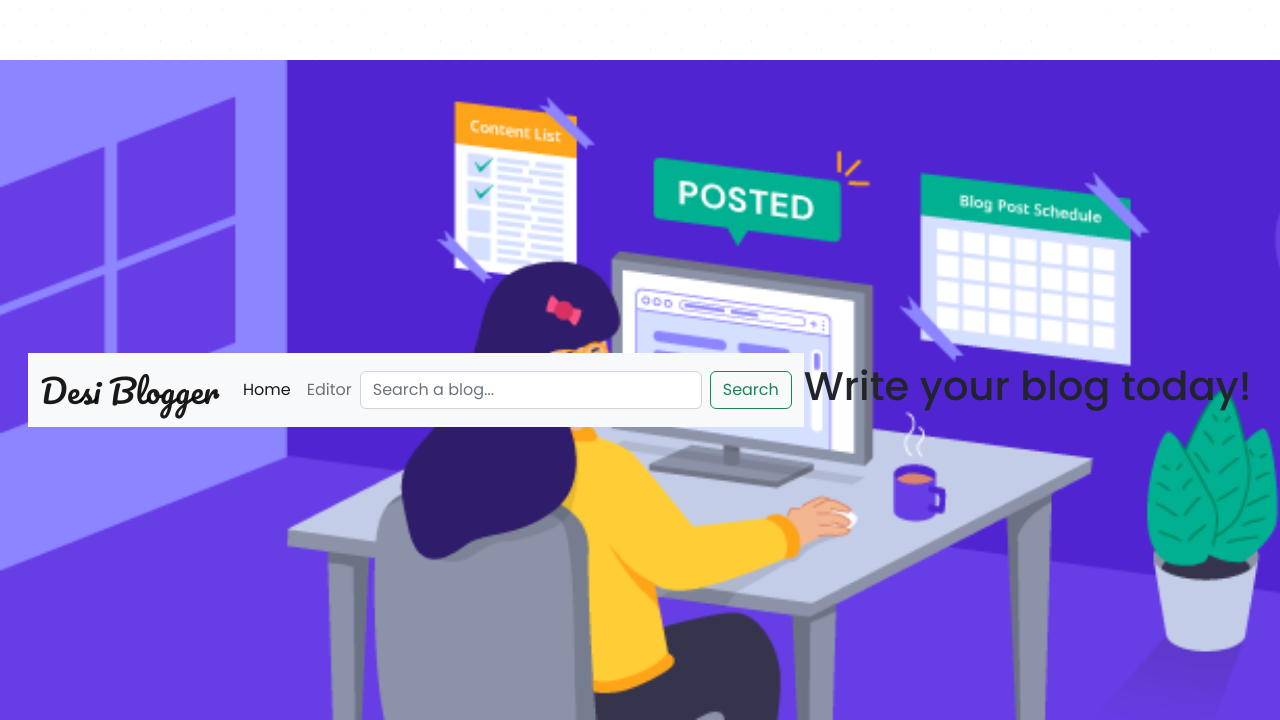
Repository: badhon252/Desi_Blogger
Page: public/home.html
An editor plug-in stored every save of this project. The page is shown before and after the next save, followed by the edit.
The browser window is 1280 px wide. The pictures show the whole page.

Above is the page before, as saved 2022-11-15 19:32:53.

After the next save:
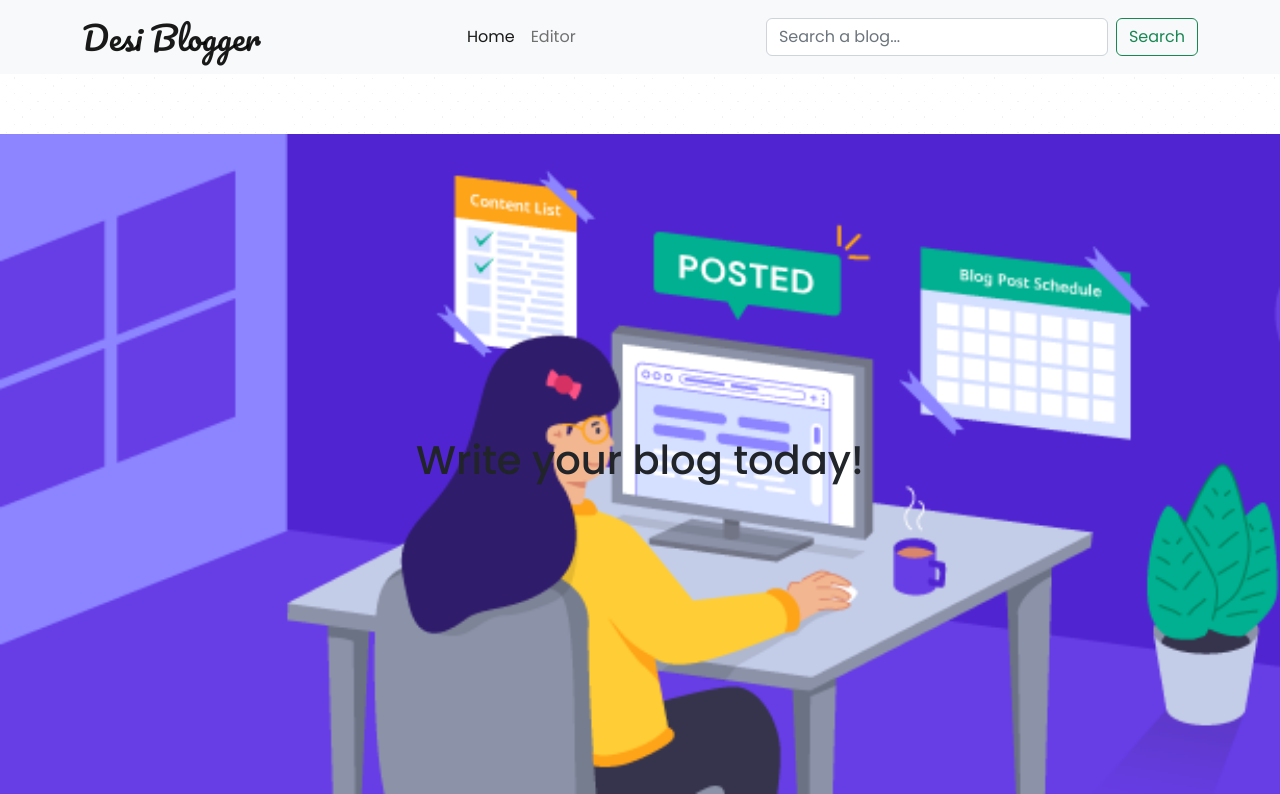
Saved 11 s later.
--- a/public/css/home.css
+++ b/public/css/home.css
@@ -34,7 +34,7 @@ body {
   font-size: 2rem;
 }
 
-#header {
+.header-content {
   margin-top: 60px;
   width: 100%;
   height: calc(100vh - 60px);
